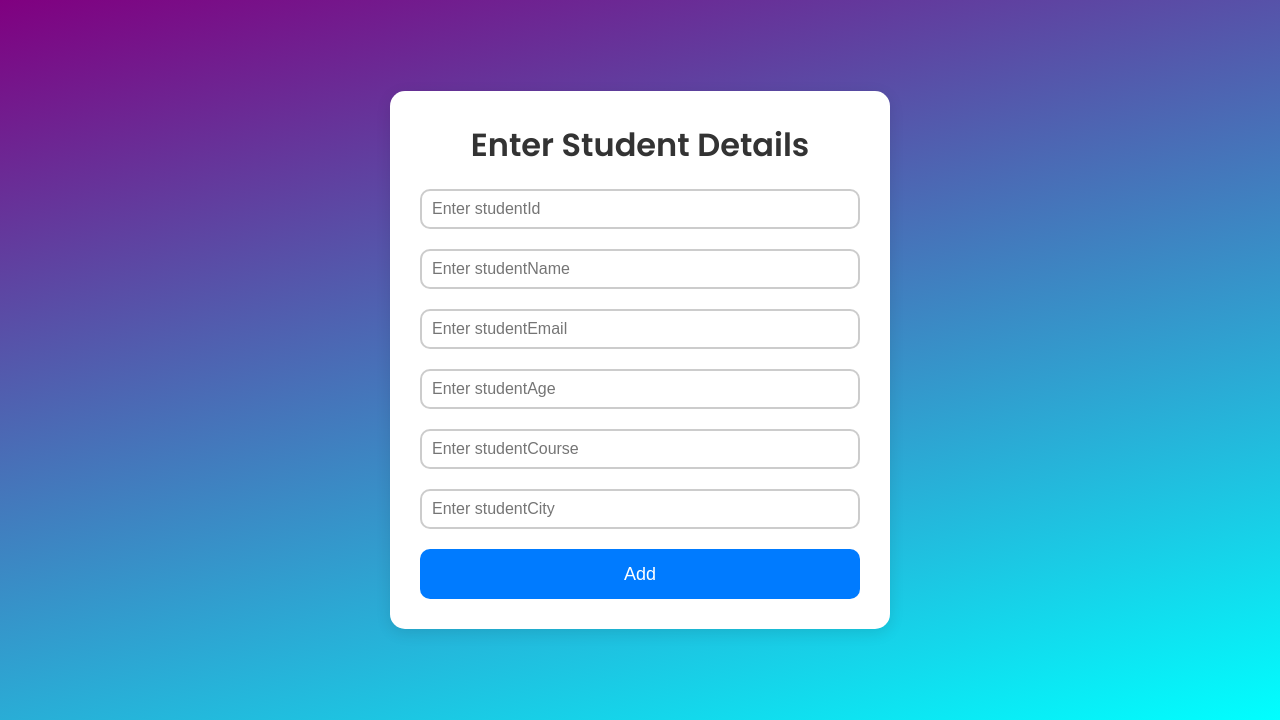
Repository: Dhirajkumar02/Advance-Java--J2EE-
Page: http://localhost/ServletProject_Student-Management-System/AddStudent.jsp
The author's editor kept a copy of each file at every save. The page is drawn from the files as they stood at one save, then again after the next save.
The browser window is 1280 px wide. The pictures show the whole page.
The page is served by Tomcat 9.

Above is the page before, as saved 2024-11-19 17:41:07.

After the next save:
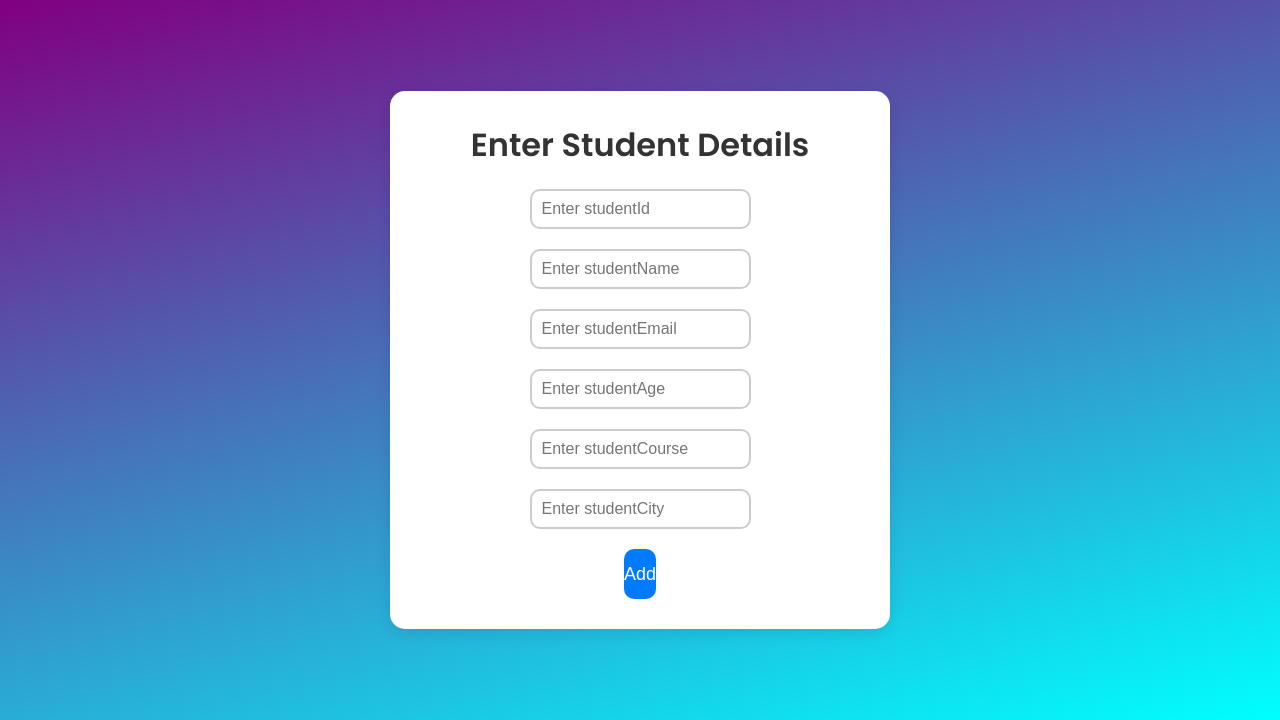
Saved 45 s later.
--- a/ServletProject_Student-Management-System/src/main/webapp/AddStudent.jsp
+++ b/ServletProject_Student-Management-System/src/main/webapp/AddStudent.jsp
@@ -31,14 +31,16 @@ body {
 form {
 	/*   border: 2px solid black; */
 	background: #fff;
-    padding: 30px;
-    width: 100%;
-    max-width: 500px;
-    display: flex;
-    flex-direction: column;
-    gap: 20px;
-    border-radius: 15px;
-    box-shadow: 0 4px 15px rgba(0, 0, 0, 0.1);
+	padding: 30px;
+	width: 100%;
+	max-width: 500px;
+	display: flex;
+	justify-content: center;
+	align-items: center;
+	flex-direction: column;
+	gap: 20px;
+	border-radius: 15px;
+	box-shadow: 0 4px 15px rgba(0, 0, 0, 0.1);
 }
 
 h1 {
@@ -98,17 +100,40 @@ input:focus {
 </head>
 <body>
 	<form action="add-student" method="post">
-        <h1>Enter Student Details</h1>
+		<div>
+			<h1>Enter Student Details</h1>
+		</div>
+		<div>
+			<input type="number" placeholder="Enter studentId" name="studentId">
+		</div>
 
-        <input type="number" placeholder="Enter studentId" name="studentId" required>
-        <input type="text" placeholder="Enter studentName" name="studentName" required>
-        <input type="email" placeholder="Enter studentEmail" name="studentEmail" required>
-        <input type="number" placeholder="Enter studentAge" name="studentAge" required>
-        <input type="text" placeholder="Enter studentCourse" name="studentCourse" required>
-        <input type="text" placeholder="Enter studentCity" name="studentCity" required>
+		<div>
+			<input type="text" placeholder="Enter studentName" name="studentName">
+		</div>
 
-        <button type="submit" id="add_btn">Add</button>
-    </form>
+		<div>
+			<input type="text" placeholder="Enter studentEmail"
+				name="studentEmail">
+		</div>
+
+		<div>
+			<input type="number" placeholder="Enter studentAge" name="studentAge">
+		</div>
+
+		<div>
+			<input type="text" placeholder="Enter studentCourse"
+				name="studentCourse">
+		</div>
+
+		<div>
+			<input type="text" placeholder="Enter studentCity" name="studentCity">
+		</div>
+
+		<div>
+			<button type="submit" id="add_btn" value="Add">Add</button>
+		</div>
+
+	</form>
 </body>
 </body>
 </html>
